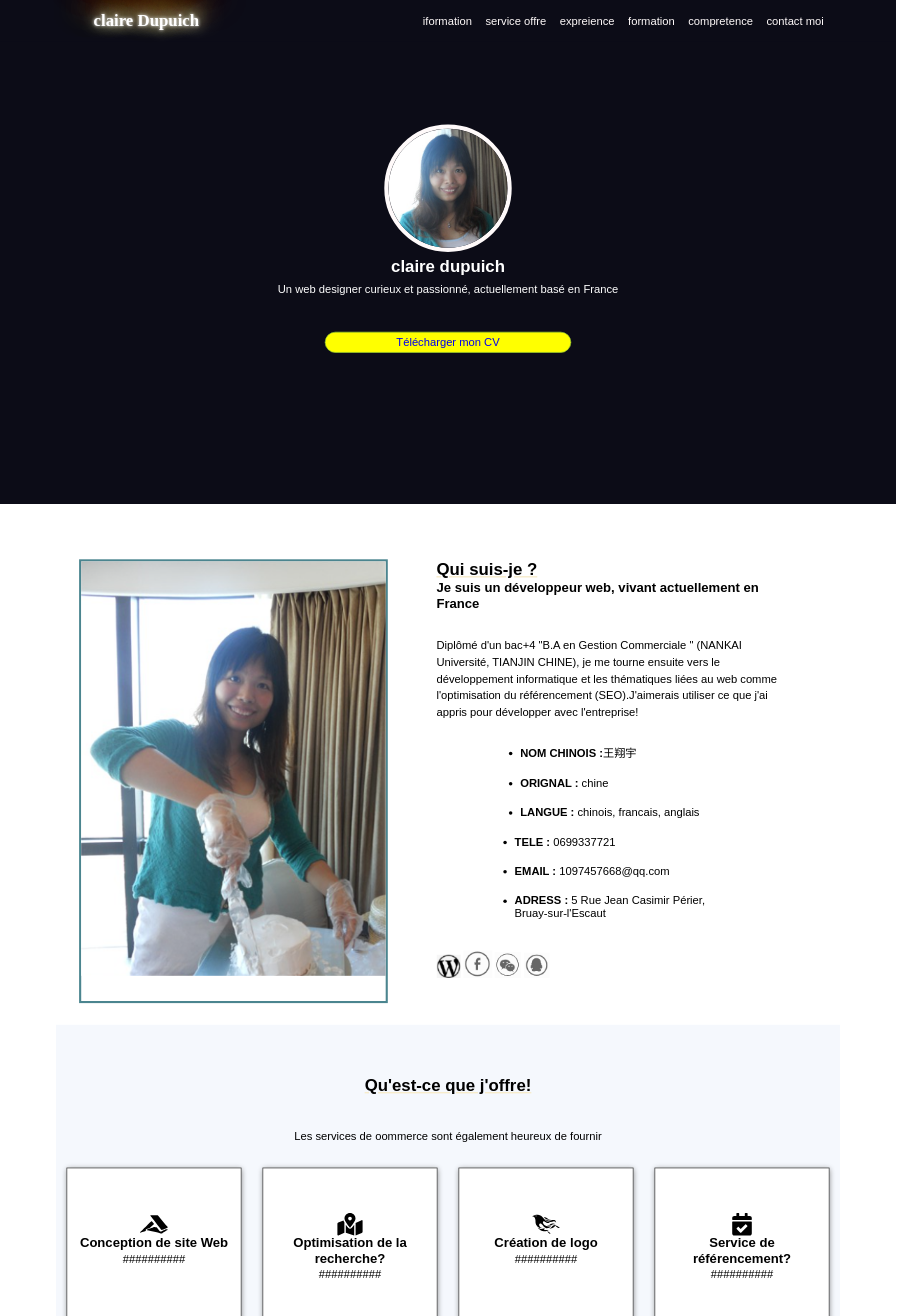
Repository: clairedupuich/cv-claireDUPUICH
Page: cv.html
The author's editor kept a copy of each file at every save. The page is drawn from the files as they stood at one save, then again after the next save.
The browser window is 1280 px wide. The page is 1284 px wide, so the pictures cover 1284 px, including what lies to the right of the window. The pictures show the part of the page from y = 0 to 1880 px (the page is 7180 px tall), at 70% of full size.
Some web libraries are served in a nearby version.

Above is the page before, as saved 2020-09-18 17:27:37.

After the next save:
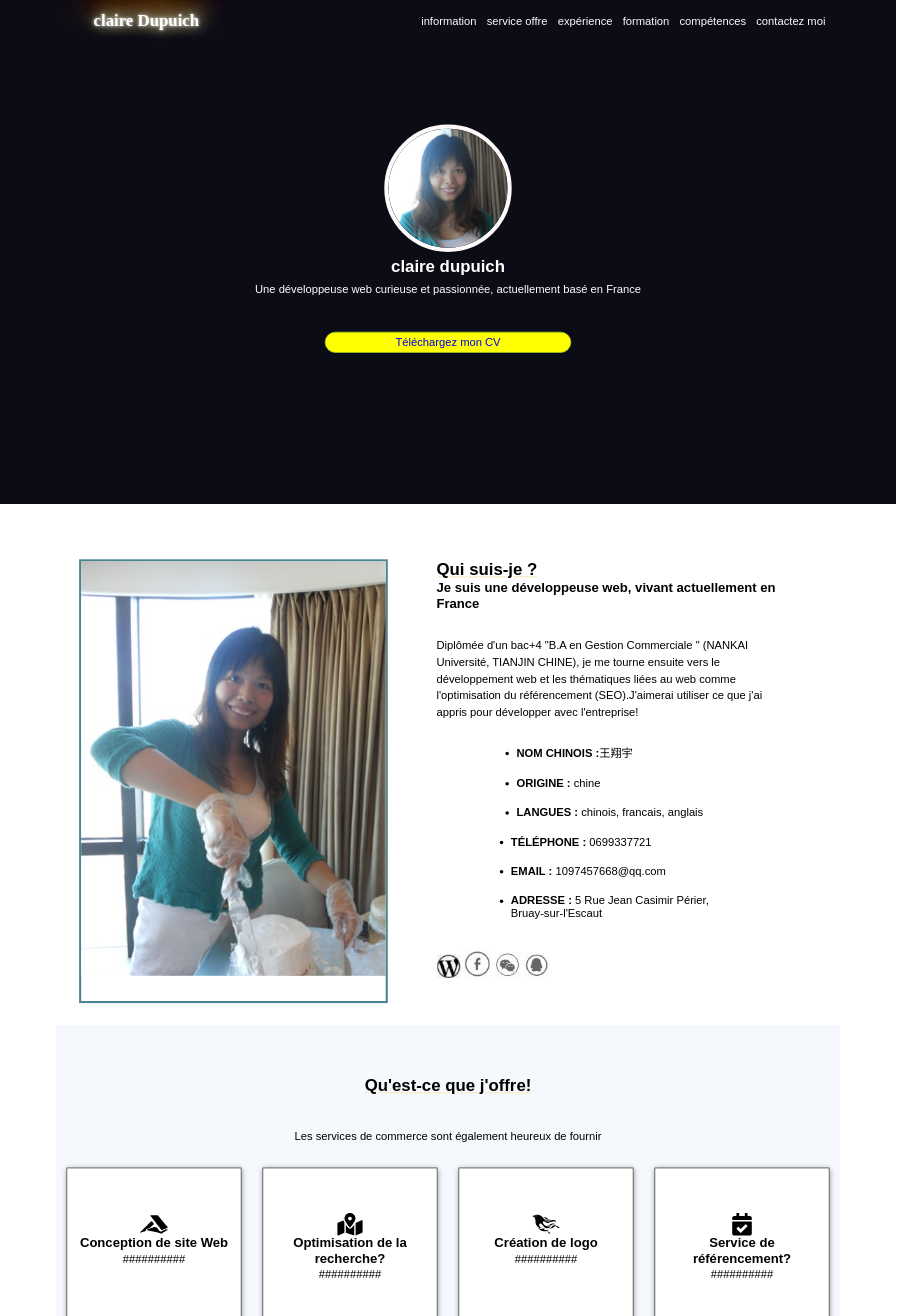
Saved 2 days later.
--- a/cv.html
+++ b/cv.html
@@ -13,24 +13,24 @@
         <nav id="nav" >
             <h1>claire Dupuich</h1>
             <ul>
-                <li class="lan"><a href="#presant"> iformation</a></li>
+                <li class="lan"><a href="#presant"> information</a></li>
                 <li class="lan"><a href="#service">service offre</a></li>
-                <li class="lan"><a href="#expreience">expreience</a></li>
+                <li class="lan"><a href="#expreience">expérience</a></li>
                 <li class="lan"><a href="#formation">formation</a></li>
-                <li class="lan"><a href="#compretence">compretence</a></li>
-                <li class="lan"><a href="#cont">contact moi</a></li>
+                <li class="lan"><a href="#compretence">compétences</a></li>
+                <li class="lan"><a href="#cont">contactez moi</a></li>
             </ul>
 
         </nav>
         <div class="image" id="navimage" >
             <a class="image-grand" href="照片.PNG"><img src="捕获170.png" alt="ma photo" class="ph"/> </a>
             <h2 class="dans-nav">claire dupuich</h2>
-            <p>Un web designer curieux et passionné, actuellement basé en France</p>
+            <p>Une développeuse web curieuse et passionnée, actuellement basé en France</p>
 
 
         </div>
         <div class="telechargecv" >
-            <a href="DUPUICH CV - E COMMERCE.doc">Télécharger mon CV</a>
+            <a href="DUPUICH CV - E COMMERCE.doc">Téléchargez mon CV</a>
 
         </div>
 
@@ -44,20 +44,20 @@
             </div>
             <div class="pre">
                 <h2>Qui suis-je ?</h2>
-                <h3>Je suis un développeur web, vivant actuellement en France</h3>
-                <p>Diplômé d'un bac+4 "B.A en Gestion Commerciale " (NANKAI Université, TIANJIN CHINE), je me tourne ensuite vers le développement informatique et les
-                    thématiques liées au web comme l'optimisation du référencement (SEO).J'aimerais utiliser ce que j'ai appris pour développer avec l'entreprise!</p>
+                <h3>Je suis une développeuse web, vivant actuellement en France</h3>
+                <p>Diplômée d'un bac+4 "B.A en Gestion Commerciale " (NANKAI Université, TIANJIN CHINE), je me tourne ensuite vers le développement web et les
+                    thématiques liées au web comme l'optimisation du référencement (SEO).J'aimerai utiliser ce que j'ai appris pour développer avec l'entreprise!</p>
                 <div class="list">
 
                     <ul>
                         <li><span class="contact-flex">nom chinois :</span>王翔宇</li>
-                        <li><span class="contact-flex">orignal : </span>chine</li>
-                        <li><span class="contact-flex">langue : </span>chinois, francais, anglais</li>
+                        <li><span class="contact-flex">origine : </span>chine</li>
+                        <li><span class="contact-flex">langues : </span>chinois, francais, anglais</li>
                     </ul>
                     <ul>
-                         <li><span class="contact-flex">tele : </span>0699337721</li>
+                         <li><span class="contact-flex">téléphone : </span>0699337721</li>
                          <li><span class="contact-flex">email : </span>1097457668@qq.com</li>
-                         <li><span class="contact-flex">adress : </span>5 Rue Jean Casimir Périer,
+                         <li><span class="contact-flex">adresse : </span>5 Rue Jean Casimir Périer,
                          </br> Bruay-sur-l'Escaut</li>
                     </ul>
                 </div>
@@ -79,7 +79,7 @@
         <!--section service-->
         <section id="service" class="service">
             <h2 class="service1">Qu'est-ce que j'offre!</h2>
-            <p class="service1">Les services de oommerce sont également heureux de fournir</p>
+            <p class="service1">Les services de commerce sont également heureux de fournir</p>
             <div class="icons">
                 <div class="icon-item">
                     <p class="padding"></p>
